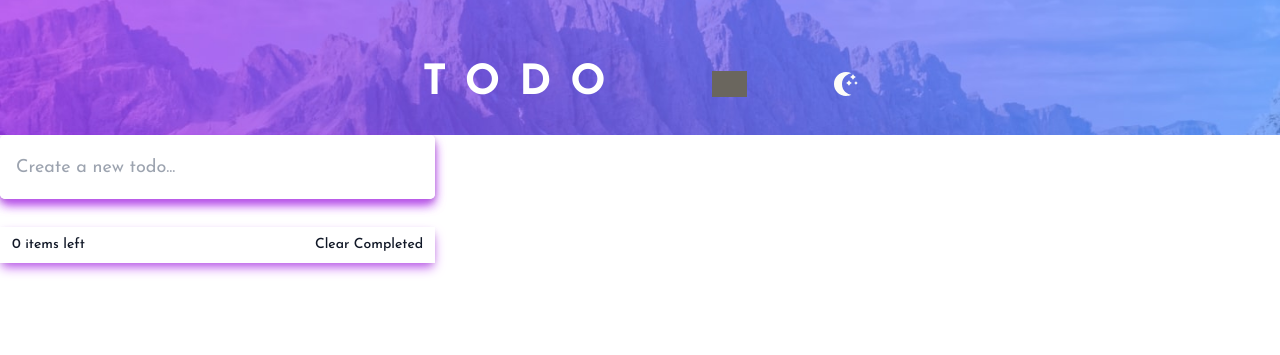
Repository: ikram-lisa/todo-list
Page: /
The author's editor kept a copy of each file at every save. The page is drawn from the files as they stood at one save, then again after the next save.
The browser window is 1280 px wide. The pictures show the whole page.
Pictures or frames that could not be fetched are drawn as grey boxes. The project was rebuilt for these pictures with package versions that can differ from the ones it lists, and the page was loaded fresh each time. Also part of the build but not shown: vite.config.js.

Above is the page before, as saved 2024-05-15 09:08:23.

After the next save:
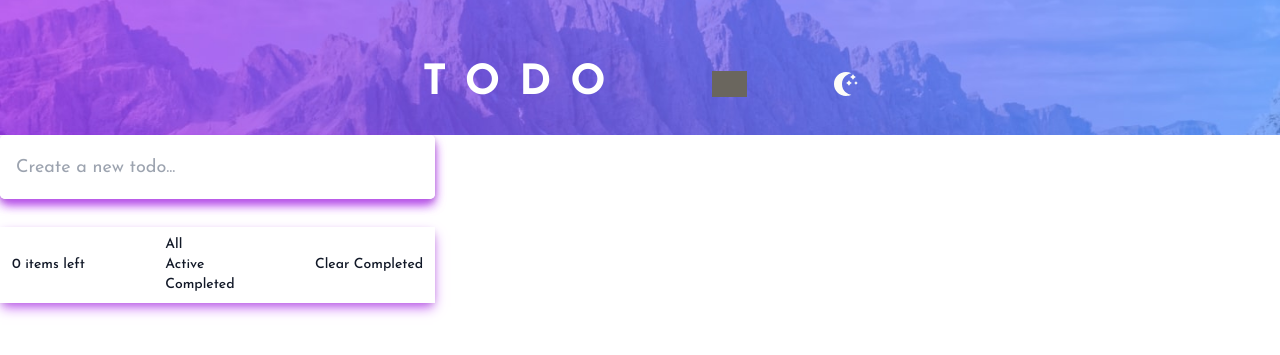
Saved 37 s later.
--- a/src/components/TabBar.jsx
+++ b/src/components/TabBar.jsx
@@ -1,7 +1,11 @@
 const Tab = () => {
   return (
     <>
-      <h1></h1>
+      <ul>
+        <li>All</li>
+        <li>Active</li>
+        <li>Completed</li>
+      </ul>
     </>
   );
 };
